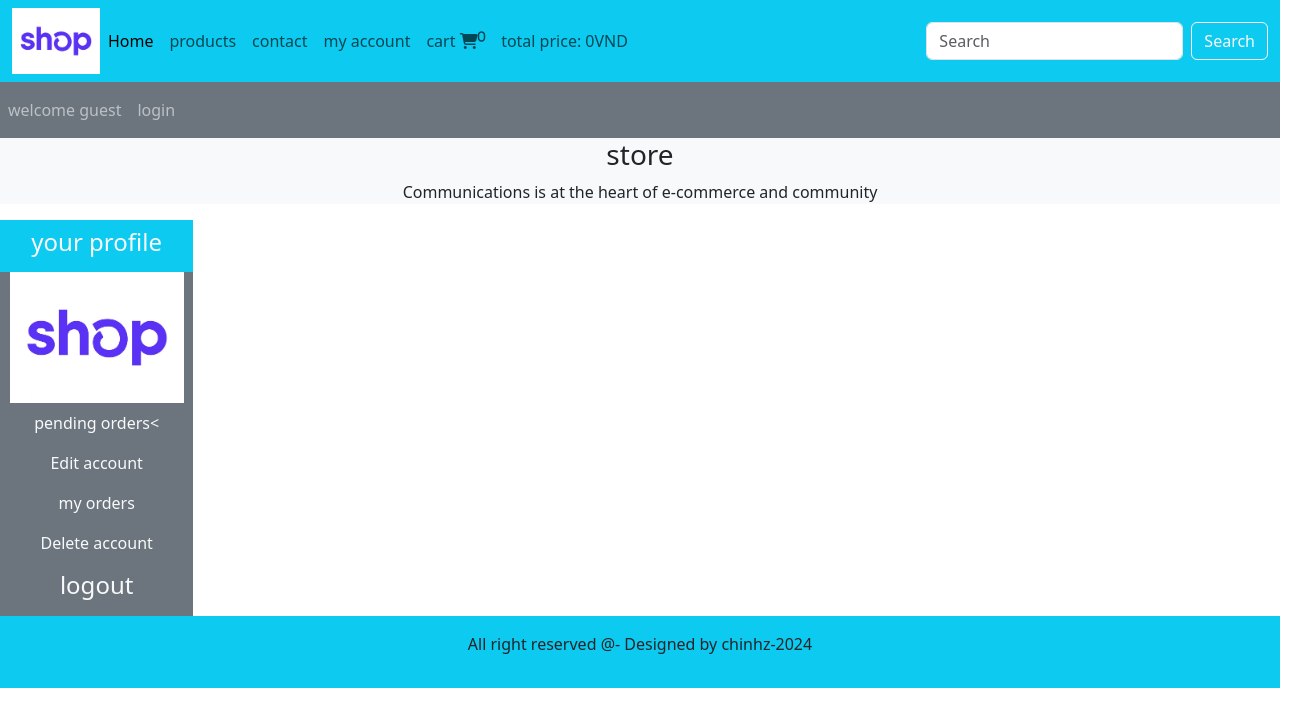
Repository: hahuuchinh2501/ecommerce_web
Page: http://localhost/users_area/profile.php?edit_account
These files come from the project's save history. The page is drawn as it stood at one moment and after the next save; the edit follows.
The browser window is 1280 px wide. The page is 1292 px wide, so the pictures cover 1292 px, including what lies to the right of the window. The pictures show the whole page.
The page is run by PHP 8.4 with error messages shown; the project is at /var/www/html/. Queries for data that is not in the repository find no rows.

Above is the page before, as saved 2025-03-03 15:31:14.

### users_area/profile.php
<?php
include('../includes/connect.php');
include('../functions/common_function.php');
session_start();
?>



<!DOCTYPE html>
<html lang="en">

<head>
    <meta charset="UTF-8">
    <meta name="viewport" content="width=device-width, initial-scale=1.0">
    <title>welcome profile</title>
    <link href="https://cdn.jsdelivr.net/npm/bootstrap@5.3.3/dist/css/bootstrap.min.css" rel="stylesheet"
        integrity="sha384-QWTKZyjpPEjISv5WaRU9OFeRpok6YctnYmDr5pNlyT2bRjXh0JMhjY6hW+ALEwIH" crossorigin="anonymous">
    <link rel="stylesheet" href="https://cdnjs.cloudflare.com/ajax/libs/font-awesome/6.5.2/css/all.min.css"
        integrity="sha512-SnH5WK+bZxgPHs44uWIX+LLJAJ9/2PkPKZ5QiAj6Ta86w+fsb2TkcmfRyVX3pBnMFcV7oQPJkl9QevSCWr3W6A=="
        crossorigin="anonymous" referrerpolicy="no-referrer" />
    <link rel="stylesheet" href="../style.css">

</head>
<style>
    body {
        overflow-x: hidden;
    }
    .profile-img {
        width: 90%;
        height: 100%;
        margin: auto;
        display: block;

    }
</style>

<body>
    <!-- navbar -->
    <div class="container-fluid p-0">
        <nav class="navbar navbar-expand-lg bg-info">
            <div class="container-fluid">
                <img src="../images/shop.jpg" alt="" class="logo">
                <button class="navbar-toggler" type="button" data-bs-toggle="collapse"
                    data-bs-target="#navbarSupportedContent" aria-controls="navbarSupportedContent"
                    aria-expanded="false" aria-label="Toggle navigation">
                    <span class="navbar-toggler-icon"></span>
                </button>
                <div class="collapse navbar-collapse" id="navbarSupportedContent">
                    <ul class="navbar-nav me-auto mb-2 mb-lg-0">
                        <li class="nav-item">
                            <a class="nav-link active" aria-current="page" href="../index.php">Home</a>
                        </li>
                        <li class="nav-item">
                            <a class="nav-link" href="../display_all.php">products</a>
                        </li>
                        <li class="nav-item">
                            <a class="nav-link" href="#">contact</a>
                        </li>
                        <li class="nav-item">
                            <a class="nav-link" href="profile.php">my account</a>
                        </li>
                        <li class="nav-item">
                            <a class="nav-link" href="../cart.php">cart <i
                                    class="fa-solid fa-cart-shopping"><sup><?php cart_item(); ?></sup></i></a>
                        </li>
                        <li class="nav-item">
                            <a class="nav-link" href="#">total price: <?php total_cart_price(); ?>VND </a>
                        </li>
                    </ul>
                    <form class="d-flex" role="search" action="../search_product.php" method="get">
                        <input class="form-control me-2" type="search" placeholder="Search" aria-label="Search"
                            name="search_data">
                        <!-- <button class="btn btn-outline-success" type="submit">Search</button> -->
                        <input type="submit" value="Search" class="btn btn-outline-light" name="search_data_product">
                    </form>
                </div>
            </div>
        </nav>

        <!-- call function cart -->
        <?php
        cart();
        ?>

        <nav class="navbar navbar-expand-lg navbar-dark bg-secondary">
            <ul class="navbar-nav me-auto">

                <?php
                if (!isset($_SESSION['username'])) {
                    echo "   <li class='nav-item'>
                            <a class='nav-link' href='#'>welcome guest</a>
                        </li>";
                } else {
                    echo "    <li class='nav-item'>
                            <a class='nav-link' href='#'>welcome " . $_SESSION['username'] . "</a>
                        </li>";
                }


                if (!isset($_SESSION['username'])) {
                    echo "  <li class='nav-item'>
                    <a class='nav-link' href='./users_area/user_login.php'>login</a>
                </li>";
                } else {
                    echo "  <li class='nav-item'>
                    <a class='nav-link' href='./users_area/logout.php'>logout</a>
                </li>";
                }
                ?>

            </ul>
        </nav>
        <div class="bg-light">
            <h3 class="text-center">store</h3>
            <p class="text-center">Communications is at the heart of e-commerce and community</p>
        </div>

       <div class="row">
            <div class="col-md-2 ">
                <ul class="navbar-nav bg-secondary text-center">
                    <li class="nav-item bg-info">
                        <a class="nav-link text-light" href="#"><h4>your profile</h4></a>
                    </li>
                     <li class="nav-item">
                        <img src="../images/shop.jpg" class="profile-img" alt="">
                    </li>
                    <li class="nav-item">
                        <a class="nav-link text-light" href="#">pending orders<</a>
                    </li>
                    <li class="nav-item ">
                        <a class="nav-link text-light" href="#">Edit account</a>
                    </li>
                    <li class="nav-item ">
                        <a class="nav-link text-light" href="#">my orders</a>
                    </li>
                     <li class="nav-item ">
                        <a class="nav-link text-light" href="#">Delete account</a>
                    </li>

                     <li class="nav-item ">
                        <a class="nav-link text-light" href="#"><h4>logout</h4></a>
                    </li>


                </ul>
            </div>
            <div class="col-md-10">

            </div>
       </div>

        <!-- include footer  -->
        <?php
        include("../includes/footer.php")
            ?>
    </div>

    <script src="https://cdn.jsdelivr.net/npm/bootstrap@5.3.3/dist/js/bootstrap.bundle.min.js"
        integrity="sha384-YvpcrYf0tY3lHB60NNkmXc5s9fDVZLESaAA55NDzOxhy9GkcIdslK1eN7N6jIeHz"
        crossorigin="anonymous"></script>
</body>

</html>

### includes/connect.php
<?php

$con = mysqli_connect('127.0.0.1:3316', 'root', '123', 'myshop');
if (!$con) {
    die(mysqli_error($con));
}


?>

### functions/common_function.php
<?php
// include('./includes/connect.php');


function getproducts()
{

    global $con;
    //condition to check isset or not
    if (!isset($_GET['category'])) {
        if (!isset($_GET['brand'])) {
            $select_query = "Select * from `products` order by rand() LIMIT 0,9";
            $result_query = mysqli_query($con, $select_query);
            // $row=mysqli_fetch_assoc($result_query);
            // echo $row['product_title'];
            while ($row = mysqli_fetch_assoc($result_query)) {
                $product_id = $row['product_id'];
                $product_title = $row['product_title'];
                $product_description = $row['product_description'];
                $product_image1 = $row['product_image1'];
                $product_price = $row['product_price'];
                $category_id = $row['category_id'];
                $brand_id = $row['brand_id'];
                echo "<div class='col-md-4 mb-2'>
                        <div class='card'>
                            <img src='./admin_area/product_images/$product_image1' class='card-img-top' alt='...'>
                            <div class='card-body'>
                                <h5 class='card-title'>$product_title</h5>
                                <p class='card-text'>$product_description</p>
                                <p class='card-text'>Giá: $product_price</p>
                                <a href='index.php?add_to_cart=$product_id' class='btn btn-info'>Add to cart</a>
                                <a href='product_details.php?product_id=$product_id' class='btn btn-secondary'>View more</a>
                            </div>
                        </div>
                    </div>";
            }
        }

    }
}

// getting all product
function get_all_products()
{
    global $con;
    //condition to check isset or not
    if (!isset($_GET['category'])) {
        if (!isset($_GET['brand'])) {
            $select_query = "Select * from `products` order by rand()";
            $result_query = mysqli_query($con, $select_query);
            // $row=mysqli_fetch_assoc($result_query);
            // echo $row['product_title'];
            while ($row = mysqli_fetch_assoc($result_query)) {
                $product_id = $row['product_id'];
                $product_title = $row['product_title'];
                $product_description = $row['product_description'];
                $product_image1 = $row['product_image1'];
                $product_price = $row['product_price'];
                $category_id = $row['category_id'];
                $brand_id = $row['brand_id'];
                echo "<div class='col-md-4 mb-2'>
                        <div class='card'>
                            <img src='./admin_area/product_images/$product_image1' class='card-img-top' alt='...'>
                            <div class='card-body'>
                                <h5 class='card-title'>$product_title</h5>
                                <p class='card-text'>$product_description</p>
                                <p class='card-text'>Giá: $product_price</p>
                                <a href='index.php?add_to_cart=$product_id' class='btn btn-info'>Add to cart</a>
                                <a href='product_details.php?product_id=$product_id' class='btn btn-secondary'>View more</a>
                            </div>
                        </div>
                    </div>";
            }
        }

    }
}


//getting unique categories
function get_unique_categories()
{

    global $con;
    //condition to check isset or not
    if (isset($_GET['category'])) {
        $category_id = $_GET['category'];
        $select_query = "Select * from `products` where category_id=$category_id";
        $result_query = mysqli_query($con, $select_query);
        $num_of_rows = mysqli_num_rows($result_query);
        if ($num_of_rows == 0) {
            echo "<h2 class='text-center text-danger'> No stock for this category</h2>";
        }
        // $row=mysqli_fetch_assoc($result_query);
        // echo $row['product_title'];
        while ($row = mysqli_fetch_assoc($result_query)) {
            $product_id = $row['product_id'];
            $product_title = $row['product_title'];
            $product_description = $row['product_description'];
            $product_image1 = $row['product_image1'];
            $product_price = $row['product_price'];
            $category_id = $row['category_id'];
            $brand_id = $row['brand_id'];
            echo "<div class='col-md-4 mb-2'>
                        <div class='card'>
                            <img src='./admin_area/product_images/$product_image1' class='card-img-top' alt='...'>
                            <div class='card-body'>
                                <h5 class='card-title'>$product_title</h5>
                                <p class='card-text'>$product_description</p>
                                <p class='card-text'>Giá: $product_price</p>
                                <a href='index.php?add_to_cart=$product_id' class='btn btn-info'>Add to cart</a>
                                 <a href='product_details.php?product_id=$product_id' class='btn btn-secondary'>View more</a>
                            </div>
                        </div>
                    </div>";
        }
    }

}


//getting unique brands
function get_unique_brands()
{

    global $con;
    //condition to check isset or not
    if (isset($_GET['brand'])) {
        $brand_id = $_GET['brand'];
        $select_query = "Select * from `products` where brand_id=$brand_id";
        $result_query = mysqli_query($con, $select_query);
        $num_of_rows = mysqli_num_rows($result_query);
        if ($num_of_rows == 0) {
            echo "<h2 class='text-center text-danger'> this brand available for service</h2>";
        }
        // $row=mysqli_fetch_assoc($result_query);
        // echo $row['product_title'];
        while ($row = mysqli_fetch_assoc($result_query)) {
            $product_id = $row['product_id'];
            $product_title = $row['product_title'];
            $product_description = $row['product_description'];
            $product_image1 = $row['product_image1'];
            $product_price = $row['product_price'];
            $category_id = $row['category_id'];
            $brand_id = $row['brand_id'];
            echo "<div class='col-md-4 mb-2'>
                        <div class='card'>
                            <img src='./admin_area/product_images/$product_image1' class='card-img-top' alt='...'>
                            <div class='card-body'>
                                <h5 class='card-title'>$product_title</h5>
                                <p class='card-text'>$product_description</p>
                                <p class='card-text'>Giá: $product_price</p>
                                <a href='index.php?add_to_cart=$product_id' class='btn btn-info'>Add to cart</a>
                                <a href='product_details.php?product_id=$product_id' class='btn btn-secondary'>View more</a>
                            </div>
                        </div>
                    </div>";
        }
    }

}



function getbrands()
{
    global $con;
    $select_brands = "select * from `brands`";
    $result_brands = mysqli_query($con, $select_brands);
    // $row_data=mysqli_fetch_assoc($result_brands);
    // echo $row_data['brand_title'];
    // echo $row_data['brand_title'];
    while ($row_data = mysqli_fetch_assoc($result_brands)) {
        $brand_title = $row_data['brand_title'];
        $brand_id = $row_data['brand_id'];
        echo "<li class='nav-item'>
                        <a href='index.php?brand=$brand_id' class='nav-link text-light'> $brand_title</a>
                    </li>";
    }
}

function getcategories()
{
    global $con;
    $select_categories = "select * from `categories`";
    $result_categories = mysqli_query($con, $select_categories);
    // $row_data=mysqli_fetch_assoc($result_brands);
    // echo $row_data['brand_title'];
    // echo $row_data['brand_title'];
    while ($row_data = mysqli_fetch_assoc($result_categories)) {
        $category_title = $row_data['category_title'];
        $category_id = $row_data['category_id'];
        echo "<li class='nav-item'>
                        <a href='index.php?category=$category_id' class='nav-link text-light'> $category_title</a>
                    </li>";
    }
}

//function search product

function search_product()
{
    global $con;
    if (isset($_GET['search_data_product'])) {
        $search_data_value = $_GET['search_data'];
        $search_query = "Select * from `products` where product_keywords like '%$search_data_value%'";
        $result_query = mysqli_query($con, $search_query);
        $num_of_rows = mysqli_num_rows($result_query);
        if ($num_of_rows == 0) {
            echo "<h2 class='text-center text-danger'> No have product this category</h2>";
        }
        while ($row = mysqli_fetch_assoc($result_query)) {
            $product_id = $row['product_id'];
            $product_title = $row['product_title'];
            $product_description = $row['product_description'];
            $product_image1 = $row['product_image1'];
            $product_price = $row['product_price'];
            $category_id = $row['category_id'];
            $brand_id = $row['brand_id'];
            echo "<div class='col-md-4 mb-2'>
                        <div class='card'>
                            <img src='./admin_area/product_images/$product_image1' class='card-img-top' alt='...'>
                            <div class='card-body'>
                                <h5 class='card-title'>$product_title</h5>
                                <p class='card-text'>$product_description</p>
                                <p class='card-text'>Giá: $product_price</p>
                                <a href='index.php?add_to_cart=$product_id' class='btn btn-info'>Add to cart</a>
                                 <a href='product_details.php?product_id=$product_id' class='btn btn-secondary'>View more</a>
                            </div>
                        </div>
                    </div>";
        }
    }
}


// view details product
function view_details()
{
    global $con;
    //condition to check isset or not
    if (isset($_GET['product_id'])) {
        if (!isset($_GET['category'])) {
            if (!isset($_GET['brand'])) {
                $product_id = $_GET['product_id'];
                $select_query = "Select * from `products` where product_id=$product_id";
                $result_query = mysqli_query($con, $select_query);
                while ($row = mysqli_fetch_assoc($result_query)) {
                    $product_id = $row['product_id'];
                    $product_title = $row['product_title'];
                    $product_description = $row['product_description'];
                    $product_image1 = $row['product_image1'];
                    $product_image2 = $row['product_image2'];
                    $product_image3 = $row['product_image3'];
                    $product_price = $row['product_price'];
                    $category_id = $row['category_id'];
                    $brand_id = $row['brand_id'];
                    echo "<div class='col-md-4 mb-2'>
                        <div class='card'>
                            <img src='./admin_area/product_images/$product_image1' class='card-img-top' alt='$product_title'>
                            <div class='card-body'>
                                <h5 class='card-title'>$product_title</h5>
                                <p class='card-text'>$product_description</p>
                                <p class='card-text'>Giá: $product_price</p>
                                <a href='index.php?add_to_cart=$product_id' class='btn btn-info'>Add to cart</a>
                                <a href='index.php' class='btn btn-secondary'>go home</a>
                            </div>
                        </div>
                    </div>

                     <div class='col-md-8'>
                     <div class='row'>
                        <div class='col-md-12'>
                            <h4 class='text-center text-info mb-5 '>relate products</h4>
                        </div>
                        <div class='col-md-6'>
                            <img src='./admin_area/product_images/$product_image2' class='card-img-top'
                                alt='$product_title'>
                        </div>
                        <div class='col-md-6'>
                            <img src='./admin_area/product_images/$product_image3' class='card-img-top'
                                alt='$product_title'>
                        </div>
                    </div>

                    </div>
                    ";
                }
            }

        }
    }
}

//get ip address
function getIPAddress()
{
    //whether ip is from the share internet
    if (!empty($_SERVER['HTTP_CLIENT_IP'])) {
        $ip = $_SERVER['HTTP_CLIENT_IP'];
    }
    //whether ip is from the proxy
    elseif (!empty($_SERVER['HTTP_X_FORWARDED_FOR'])) {
        $ip = $_SERVER['HTTP_X_FORWARDED_FOR'];
    }
    //whether ip is from the remote address
    else {
        $ip = $_SERVER['REMOTE_ADDR'];
    }
    return $ip;
}
// $ip = getIPAddress();
// echo 'User Real IP Address - ' . $ip;


function cart()
{
    if (isset($_GET['add_to_cart'])) {
        global $con;
        $get_ip_add = getIPAddress();
        $get_product_id = $_GET['add_to_cart'];
        $select_query = "Select * from `cart_details` where ip_address='$get_ip_add' and product_id=$get_product_id";
        $result_query = mysqli_query($con, $select_query);
        $num_of_rows = mysqli_num_rows($result_query);
        if ($num_of_rows > 0) {
            echo "<script>alert('this item is already present inside cart')</script>";
            echo "<script>window.open('index.php','_self')</script>";
        } else {
            $insert_query = "insert into `cart_details` (product_id,ip_address,quantity) values ($get_product_id,'$get_ip_add',0)";
            $result_query = mysqli_query($con, $insert_query);
            echo "<script>alert('item is added to cart')</script>";
            echo "<script>window.open('index.php','_self')</script>";

        }
    }
}

// cart item
function cart_item()
{
    if (isset($_GET['add_to_cart'])) {
        global $con;
        $get_ip_add = getIPAddress();

        $select_query = "Select * from `cart_details` where ip_address='$get_ip_add'";
        $result_query = mysqli_query($con, $select_query);
        $count_cart_items = mysqli_num_rows($result_query);
    } else {
        global $con;
        $get_ip_add = getIPAddress();

        $select_query = "Select * from `cart_details` where ip_address='$get_ip_add'";
        $result_query = mysqli_query($con, $select_query);
        $count_cart_items = mysqli_num_rows($result_query);
    }
    echo $count_cart_items;
}

//total price function

function total_cart_price()
{
    global $con;
    $get_ip_add = getIPAddress();
    $total_price = 0;

    $cart_query = "Select * from `cart_details` where ip_address='$get_ip_add'";
    $result = mysqli_query($con, $cart_query);
    while ($row = mysqli_fetch_array($result)) {
        $product_id = $row['product_id'];
        $select_products = "Select * from `products` where product_id='$product_id'";
        $result_products = mysqli_query($con, $select_products);
        while ($row_product_price = mysqli_fetch_array($result_products)) {
            $product_price = array($row_product_price['product_price']);
            $product_values = array_sum($product_price);
            $total_price += $product_values;
        }
    }
    echo $total_price;
}

?>

### includes/footer.php
<div class="bg-info p-3 text-center">
    <p>All right reserved @- Designed by chinhz-2024</p>
</div>

### style.css
* {
    margin: 0;
    padding: 0;
    box-sizing: border-box;

}


.logo {
    width: 7%;
    height: 7%;
}

     .card-img-top {
            height: 360px; /* Đặt chiều cao cố định */
            object-fit: cover; /* Đảm bảo hình ảnh vừa khung và không bị biến dạng */
        }

.cart_img {
    width:50px;
    height:50px;
}

After the next save:
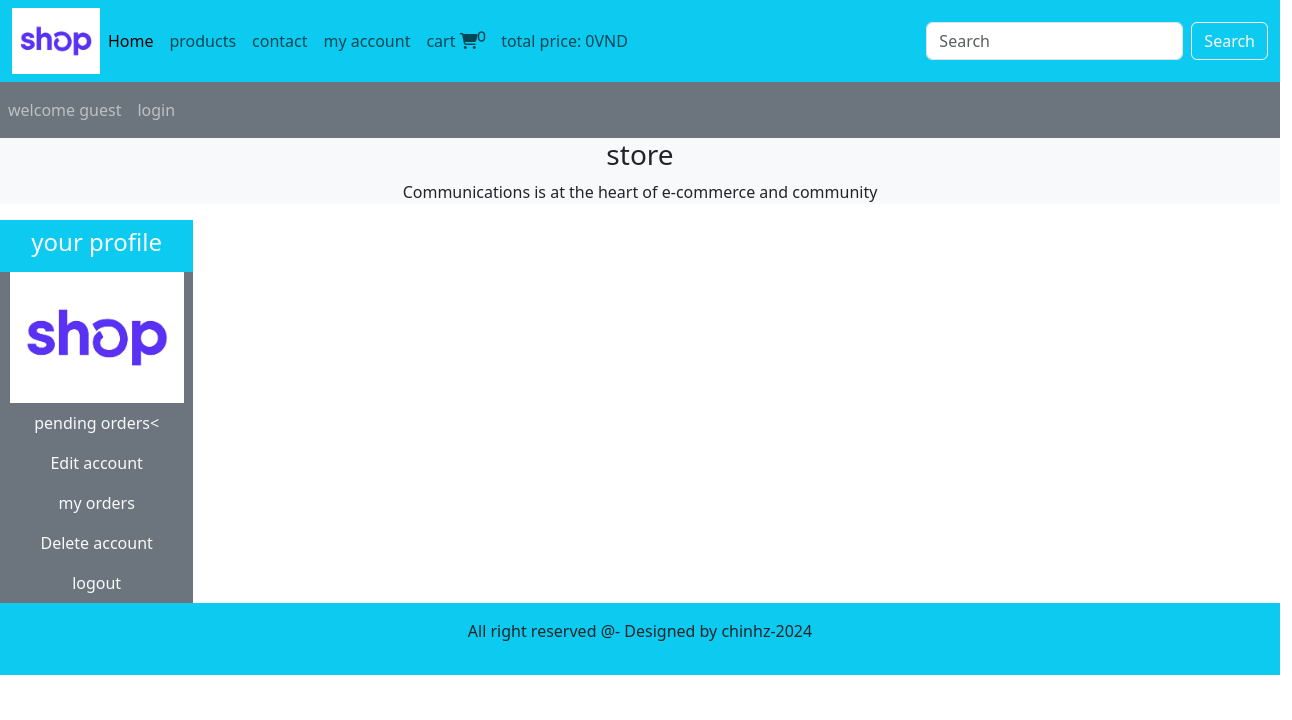
Saved 22 s later.
--- a/users_area/profile.php
+++ b/users_area/profile.php
@@ -138,7 +138,7 @@
                     </li>
 
                      <li class="nav-item ">
-                        <a class="nav-link text-light" href="#"><h4>logout</h4></a>
+                        <a class="nav-link text-light" href="#">logout</a>
                     </li>
 
 
